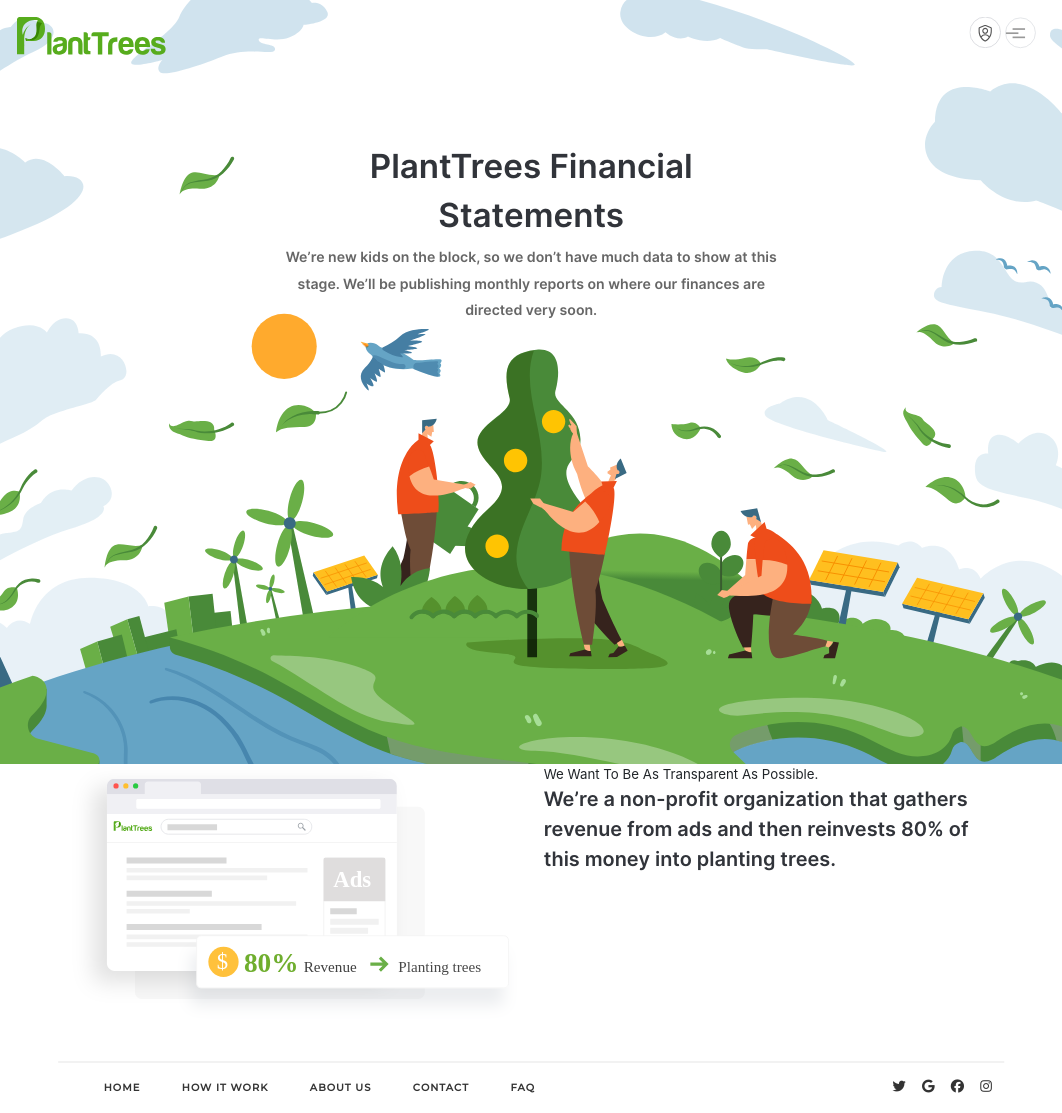
Repository: caothaito/b6g6
Page: bogo/financial.html
These files come from the project's save history. The page is drawn as it stood at one moment and after the next save; the edit follows.
The browser window is 1280 px wide. The pictures show the whole page, at 83% of full size.
Some web libraries are served in a nearby version. The style sheet was rebuilt from its Sass, Less or Tailwind sources for each picture, by a compiler version that may differ from the author's.

Above is the page before, as saved 2020-09-17 15:21:59.

### bogo/financial.html
<!DOCTYPE html>
<html lang="en">

<head>
    <meta charset="UTF-8">
    <meta name="viewport" content="width=device-width, initial-scale=1.0">
    <title>Document</title>
    <link rel="stylesheet" href="https://maxcdn.bootstrapcdn.com/bootstrap/4.0.0/css/bootstrap.min.css"
        integrity="sha384-Gn5384xqQ1aoWXA+058RXPxPg6fy4IWvTNh0E263XmFcJlSAwiGgFAW/dAiS6JXm" crossorigin="anonymous">

    <script src="https://ajax.googleapis.com/ajax/libs/jquery/3.5.1/jquery.min.js"></script>
    <!-- ==============fontawesome=== -->
    <script src="https://kit.fontawesome.com/c28984a6f5.js" crossorigin="anonymous"></script>
    <!-- ================owl================== -->
    <link rel="stylesheet" href="owlcarousel/assets/owl.carousel.min.css">
    <link rel="stylesheet" href="owlcarousel/assets/owl.theme.default.min.css">
    <script src="owlcarousel/owl.carousel.min.js"></script>

    <!-- =========================== -->
    <link rel="stylesheet" href="./assets/css/style.css">
    <link rel="stylesheet" href="./assets/css/financial.css">
</head>

<body>
    <div class="plant-trees-main main-contact-us float-left w-100">
        <div class="plant-trees-home  float-left w-100">
            <div class="plant-trees-home-searchTop float-left w-100 ">
                <a href="#" class="plant-trees-topLogo" id="topLogo">
                    <img src="./assets/images/logo.svg" alt="" class="plant-trees-logo">
                </a>
                <div class="plant-trees-searchRight float-right ">
                    <div class="plant-trees-account">
                        <div class="plant-trees-account-info" style="display:none">
                            <div class="item float-left ">
                                <div class="icon float-left">
                                    <img src="./assets/images/square.svg" alt="square.svg">
                                </div>
                                <div class="content float-right">
                                    <div class="title">Get Our App & Extension</div>
                                    <div class="desc">Protect your date on every device.</div>
                                </div>
                            </div>
                            <div class="item float-left ">
                                <div class="icon float-left">
                                    <img src="./assets/images/file.svg" alt="file.svg">
                                </div>
                                <div class="content float-right">
                                    <div class="title">Your searches are private</div>
                                    <div class="desc">We don't need to know what you do online. We don't record them.
                                    </div>
                                </div>
                            </div>
                            <div class="item float-left ">
                                <div class="icon float-left">
                                    <img src="./assets/images/browser.svg" alt="browser.svg">
                                </div>
                                <div class="content float-right">
                                    <div class="title">Your Searches Are Encrypted</div>
                                    <div class="desc">We protect your search behavior with encrypted connection.</div>
                                </div>
                            </div>
                            <div class="item float-left ">
                                <div class="icon float-left">
                                    <img src="./assets/images/secret-file.svg" alt="secret-file.svg">
                                </div>
                                <div class="content float-right">
                                    <div class="title">No tracking. No profiling</div>
                                    <div class="desc">We block hidden third-party trackers. We don't sell user's date.
                                    </div>
                                </div>
                            </div>
                        </div>
                    </div>
                    <div class="plant-trees-menu-mobile float-right">
                        <div class="nav-toggle">
                            <div class="nav-toggle-bar"></div>
                        </div>
                        <nav class="nav">
                            <ul>
                                <li class="menu-item menu-item-settings">
                                    <div class="wrap-link-item">
                                        <a href="#" title="Settings">Settings</a></div>
                                    <ul class="submenu">
                                        <li>
                                            <a href="#" title="Themes">Themes</a>
                                        </li>
                                        <li>
                                            <a href="#" title="Other settings">Other settings</a></li>
                                        <li>
                                            <a href="#" title="!Bang Search Shortcuts">!Bang SearchShortcuts</a>
                                        </li>
                                    </ul>
                                </li>

                            </ul>
                        </nav>
                    </div>
                </div>
            </div>
        </div>
    </div>

    <section>
        <div class="plant-trees-financial float-left w-100">
            <div class="container">
                <div class="row">
                    <div class="col-lg-12 col-md-12 col-sm-12">
                        <div class="plant-financialLeft float-left w-100">
                            <div class="financial-title float-left w-100 text-center">
                                <div class="">PlantTrees Financial</div>
                                <div class="">Statements</div>
                            </div>
                            <div class="financial-desc text-center">
                                <div class="">We’re new kids on the block, so we don’t have much data to show at this
                                    stage. We’ll be publishing monthly reports on where our finances are directed very
                                    soon. </div>
                            </div>
                        </div>
                    </div>
                </div>
            </div>
        </div>
        <div class="plant-trees-transparent float-left w-100">
            <div class="container">
                <div class="row">
                    <div class="col-lg-6 col-md-6 col-sm-6">
                        <div class="plant-transparentLeft float-left w-100">
                            <img src="./assets/images/financial/set-1.svg" alt="">
                        </div>
                    </div>
                    <div class="col-lg-6 col-md-6 col-sm-6">
                        <div class="plant-transparentRight float-left w-100">
                            <div class="transparent-title">
                                We Want To Be As Transparent As Possible.
                            </div>
                            <div class="transparent-desc">
                                We’re a non-profit organization that gathers revenue from ads and then reinvests 80% of this money into planting trees.
                            </div>
                        </div>
                    </div>

                </div>
            </div>
        </div>
    </section>



    <!-- ====footer=== -->
    <footer class="footer-home float-left w-100">
        <div class="wrap">
            <div class="container">
                <div class="row">

                    <div class="footer-top float-left w-100">
                        <div class="footer-top-left col-md-7 col-sm-12 col-xs-12">
                            <ul>
                                <li><a href="#">HOME</a></li>
                                <li><a href="#">How it work</a></li>
                                <li><a href="#">About Us</a></li>
                                <li><a href="#">Contact</a></li>
                                <li><a href="#">FAQ</a></li>
                            </ul>
                        </div>
                        <div class="footer-top-right col-md-5 col-sm-12 col-xs-12">
                            <a href="#"><i class="fab fa-twitter"></i></a>
                            <a href="#"><i class="fab fa-google"></i></a>
                            <a href="#"><i class="fab fa-facebook"></i></a>
                            <a href="#"><i class="fab fa-instagram"></i></a>
                        </div>
                    </div>
                </div>

            </div>
        </div>
    </footer>


    <script>
        $(document).ready(function () {
            $(".plant-trees-account").click(function () {
                $(".plant-trees-account-info").slideToggle();
            })
        })

        $('.owl-carousel').owlCarousel({
            loop: true,
            margin: 10,
            responsiveClass: true,
            nav: true,
            responsive: {
                0: {
                    items: 2
                },
                480: {
                    items: 2
                },
                768: {
                    items: 3,
                },
                1000: {
                    items: 3,
                }
            }
        })
    </script>
</body>

<script src="https://cdnjs.cloudflare.com/ajax/libs/popper.js/1.12.9/umd/popper.min.js"
    integrity="sha384-ApNbgh9B+Y1QKtv3Rn7W3mgPxhU9K/ScQsAP7hUibX39j7fakFPskvXusvfa0b4Q" crossorigin="anonymous">
</script>
<script src="https://maxcdn.bootstrapcdn.com/bootstrap/4.0.0/js/bootstrap.min.js"
    integrity="sha384-JZR6Spejh4U02d8jOt6vLEHfe/JQGiRRSQQxSfFWpi1MquVdAyjUar5+76PVCmYl" crossorigin="anonymous">
</script>
<script src="./assets/js/main.js"></script>

</html>

### bogo/assets/css/financial.scss
@mixin respond($breakpoint) {
    @if $breakpoint==phone {
        @media (max-width: 600px) {
            @content
        }

        ; //600px
    }

    @if $breakpoint==tab-port {
        @media (max-width: 900px) {
            @content
        }

        ; //900px
    }

    @if $breakpoint==tab-land {
        @media (max-width: 1200px) {
            @content
        }

        ; //1200px
    }

    @if $breakpoint==big-desktop {
        @media (min-width: 1800px) {
            @content
        }

        ; //1800px
    }
}
@font-face {
    font-family: Inter;
    src: url("../fonts/Inter-SemiBold_5a940f143aafecbf00719f75eea1dd90.otf");
}
img{
    width: 100%;
}

.plant-trees-financial{
    background-image: url('../images/financial/asset-1.svg') ;
    background-size: cover;
    background-position: bottom;
    background-repeat: no-repeat;
    max-width: 100%;
    position: relative;
  &::before{
    @include respond(tab-port){
        content: "";
        position: absolute;
        top: 0;
        right: 0;
        bottom: 0;
        left: 0;
        background: rgba(0,0,0,.6);
    }
  }
    .plant-financialLeft{

        padding: 170px 0 430px;
        @include respond(tab-port){
            padding: 170px 0 0px 0;
        }
        .financial-title{
            color: #31343a;
            padding: 0 12px 5px;
            font-weight: 700;
            font-size: 40px;
            font-size: 2.5rem;
            font-family: Inter;
            @include respond(tab-port){
                color: #ffffff;
            }
            @include respond(phone){
                font-size: 23px;
            }
        }
        .financial-desc{
            padding: 0 250px 100px 250px;
            font-family: Inter;
            font-size: 17px;
            line-height: 1.88;
            color: #666666;
            @include respond(tab-port){
                padding: 0 0 100px 0;
                color: #ffffff;
            }
            @include respond(phone){
                font-size: 13px;
            }
        }
    }
}

.plant-trees-transparent{
    .plant-transparentLeft{

    }
    .plant-transparentRight{
       .transparent-title{

       }
       .transparent-desc{
        font-family: Inter;
        font-size: 24px;
        font-weight: bold;
        color: #31343a;
       }
    }
}

Loaded but not shown: bogo/owlcarousel/assets/owl.carousel.min.css (library); bogo/owlcarousel/assets/owl.theme.default.min.css (common file); bogo/owlcarousel/owl.carousel.min.js (library); bogo/assets/js/main.js (33 lines, source omitted); bogo/assets/css/style.scss (784 lines, source omitted)

After the next save:
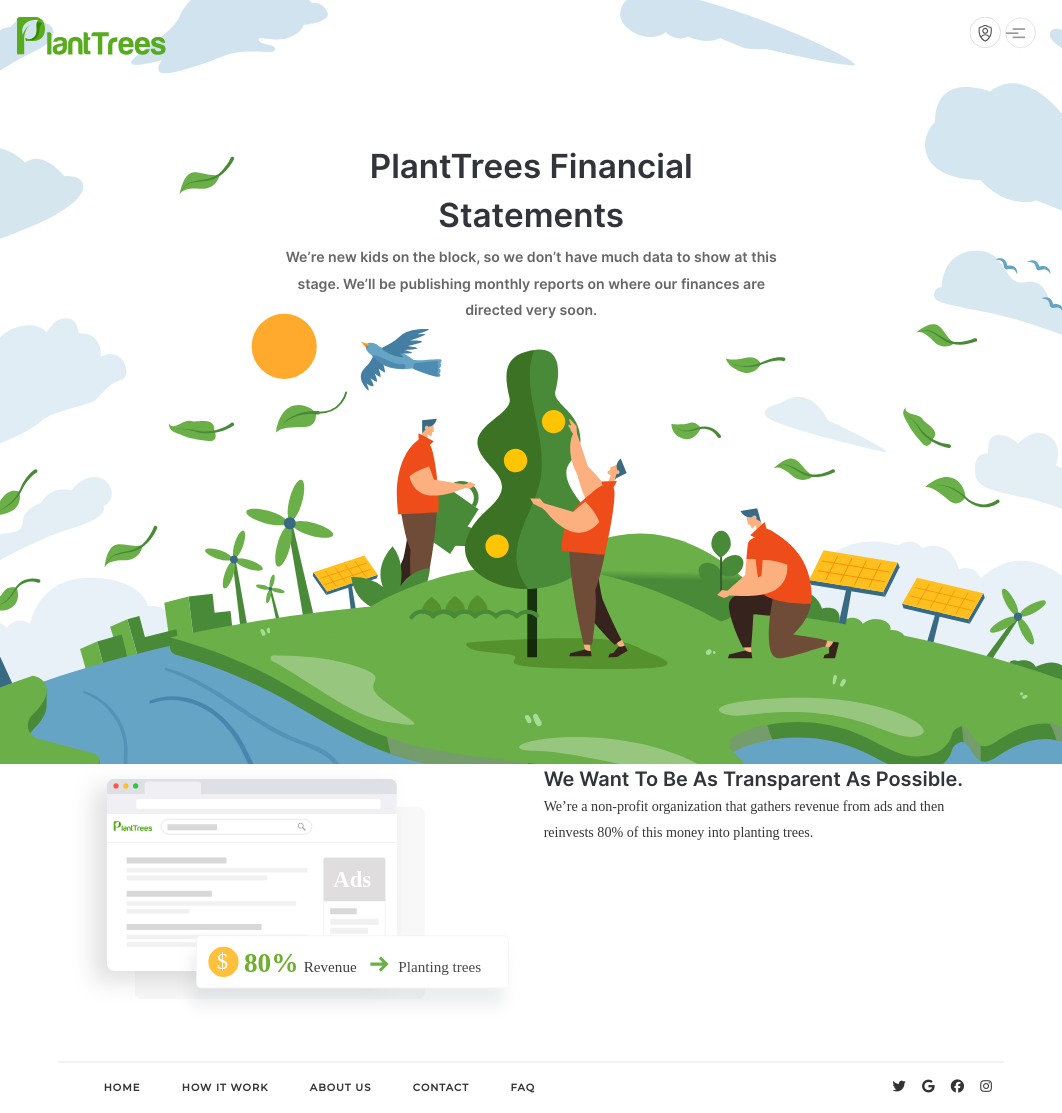
Saved 24 s later.
--- a/bogo/assets/css/financial.scss
+++ b/bogo/assets/css/financial.scss
@@ -100,13 +100,16 @@
     }
     .plant-transparentRight{
        .transparent-title{
-
-       }
-       .transparent-desc{
         font-family: Inter;
         font-size: 24px;
         font-weight: bold;
         color: #31343a;
        }
+       .transparent-desc{
+        font-family: InterUI;
+        font-size: 17px;
+        line-height: 1.82;
+        color: #373737;
+       }
     }
 }
